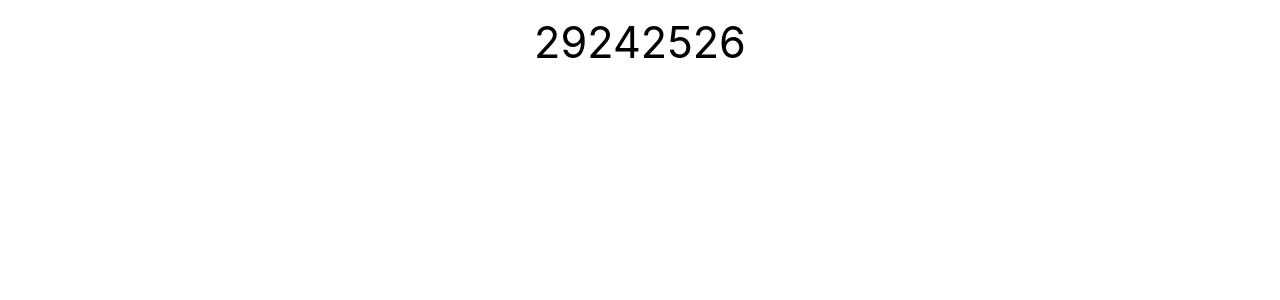
Repository: michalgornicki/poland-covid
Page: /
An editor plug-in stored every save of this project. The page is shown before and after the next save, followed by the edit.
The browser window is 1280 px wide. The pictures show the whole page.
The project was rebuilt for these pictures with package versions that can differ from the ones it lists, and the page was loaded fresh each time.

Above is the page before, as saved 2021-12-04 19:04:49.

After the next save:
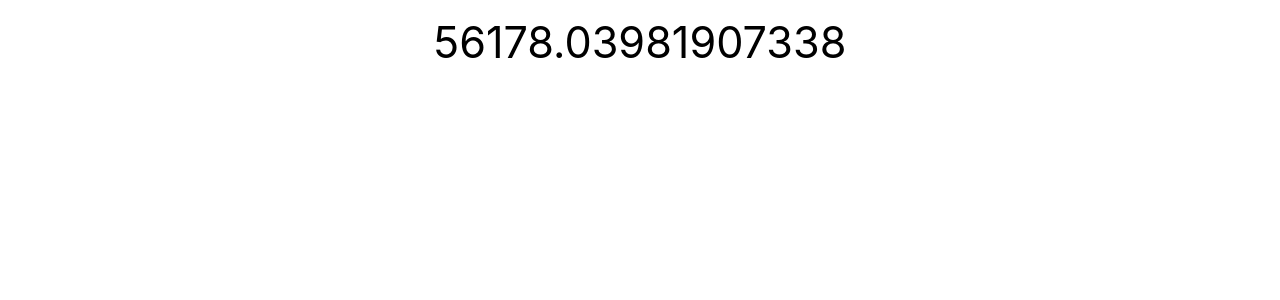
Saved 9 s later.
--- a/src/App.jsx
+++ b/src/App.jsx
@@ -14,7 +14,7 @@ function App() {
     let thisYearSeconds = Math.round(seconds - 1609401600)
 
     let deaths = thisYearSeconds*0.00192110763
-    document.getElementsByClassName('counter')[0].innerHTML = thisYearSeconds;
+    document.getElementsByClassName('counter')[0].innerHTML = deaths;
     setTimeout(startTime, 1000);
   }
 
